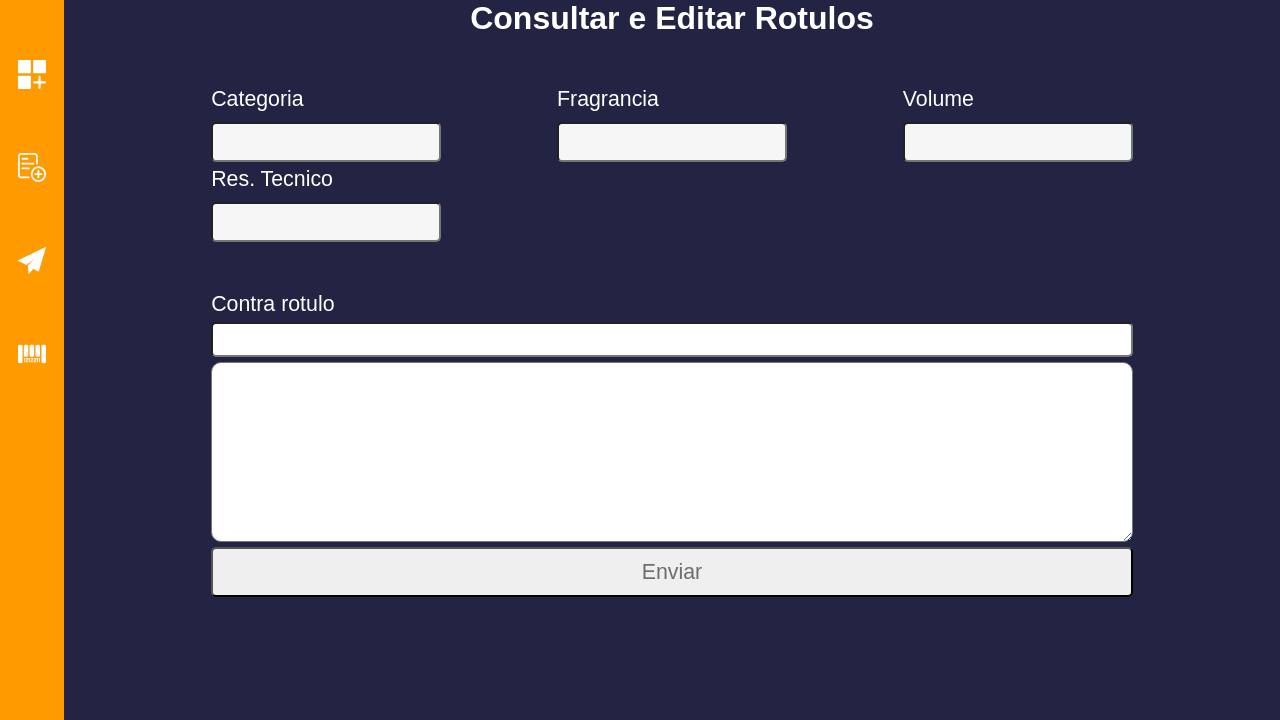
Repository: jeanjanrley/Organizador-de-rotulos
Page: /consultar
These files come from the project's save history. The page is drawn as it stood at one moment and after a run of saves; the edit follows.
The browser window is 1280 px wide. The pictures show the whole page.
The project was rebuilt for these pictures with package versions that can differ from the ones it lists, and the page was loaded fresh each time. Also part of the build but not shown: src/pages/home/Home.js.

Above is the page before, as saved 2021-06-26 15:53:03.

After the next 2 saves:
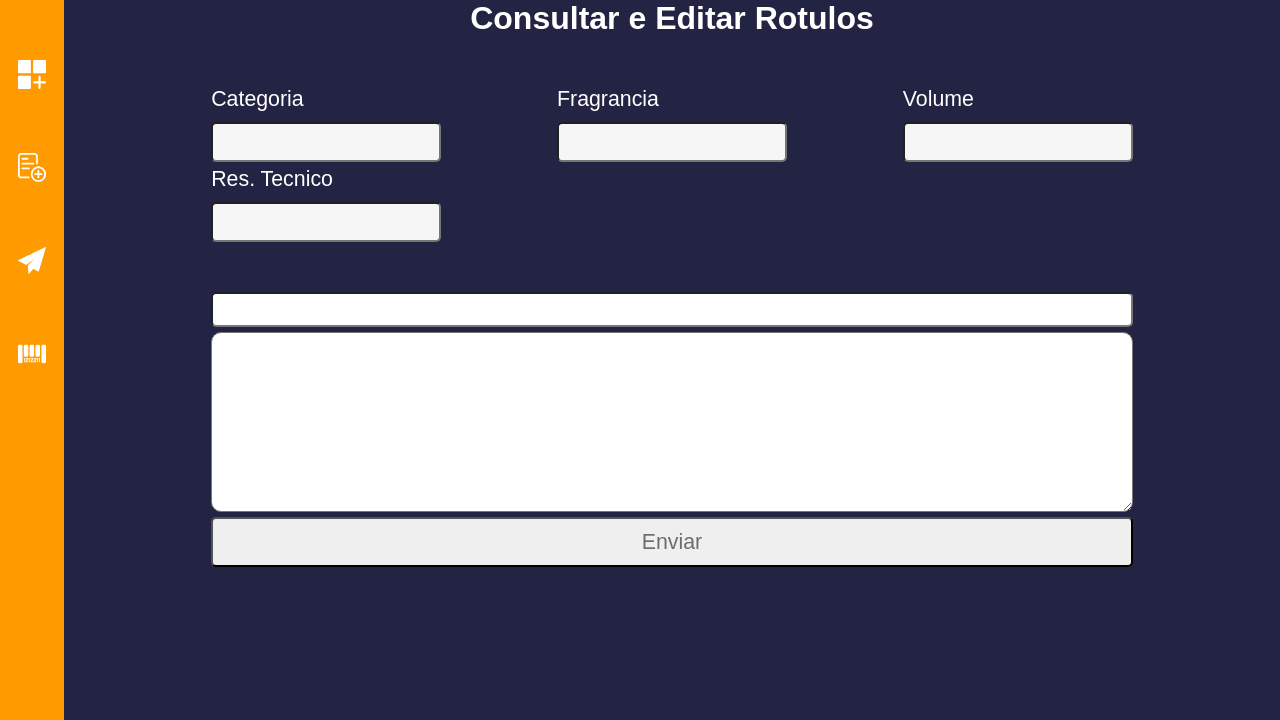
The 2 saves are shown as one change because they came seconds apart.
The last was saved 26 s later.
--- a/src/pages/consultar/index.js
+++ b/src/pages/consultar/index.js
@@ -20,7 +20,6 @@ export default function Home(){
                 </div>
 
                 <div className="contra-rotulo">
-                    <span>Contra rotulo</span>
 
                     <input list="contra-rotulos" className="filter-rotulo"/>
 
